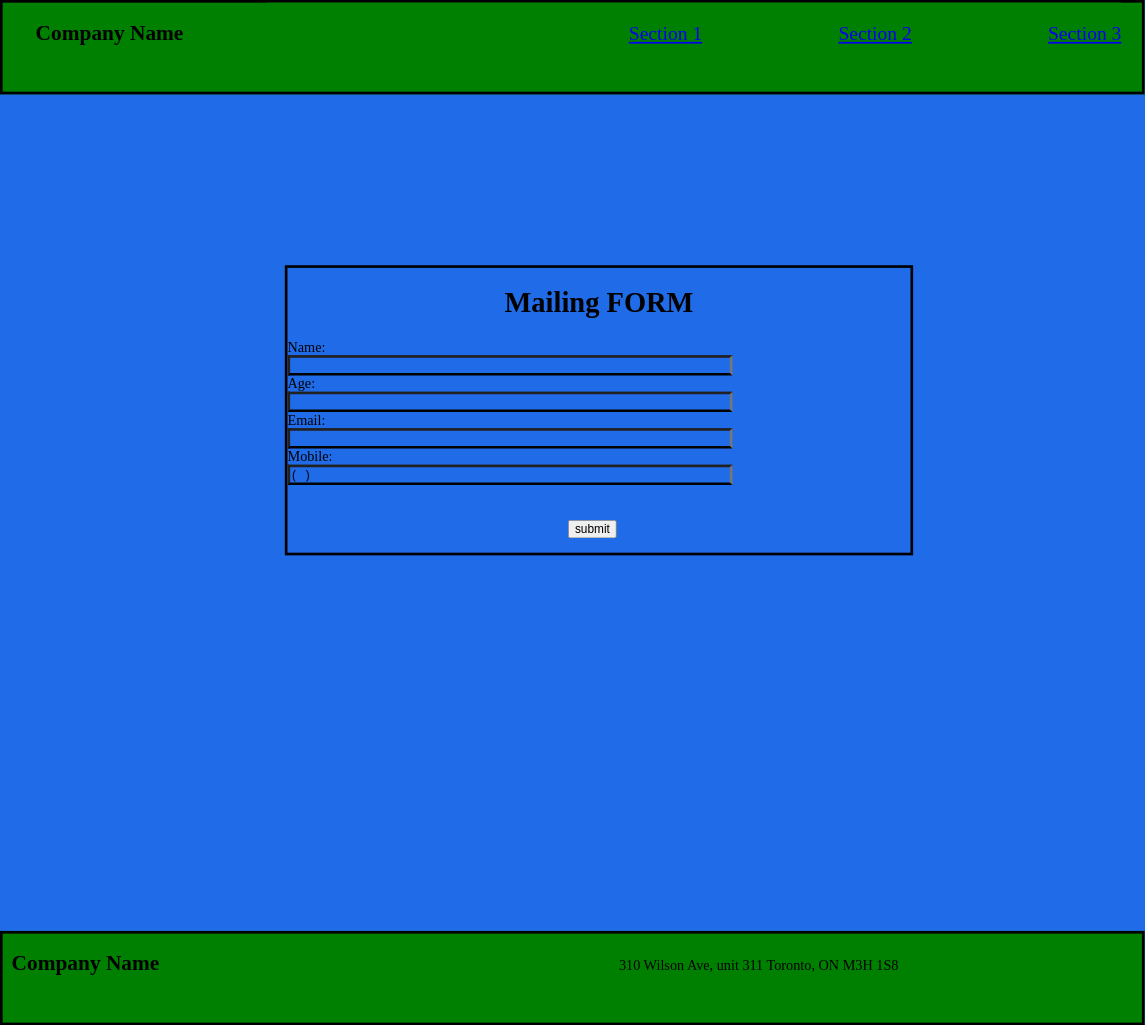
Repository: helloneibor/Project2
Page: section3.html
The author's editor kept a record of every edit. The page is drawn from the files as they stood at one moment, then again after the next edit.
The browser window is 1280 px wide. The page is 1286 px wide, so the pictures cover 1286 px, including what lies to the right of the window. The pictures show the whole page, at 89% of full size.

Above is the page before.

After the next edit:
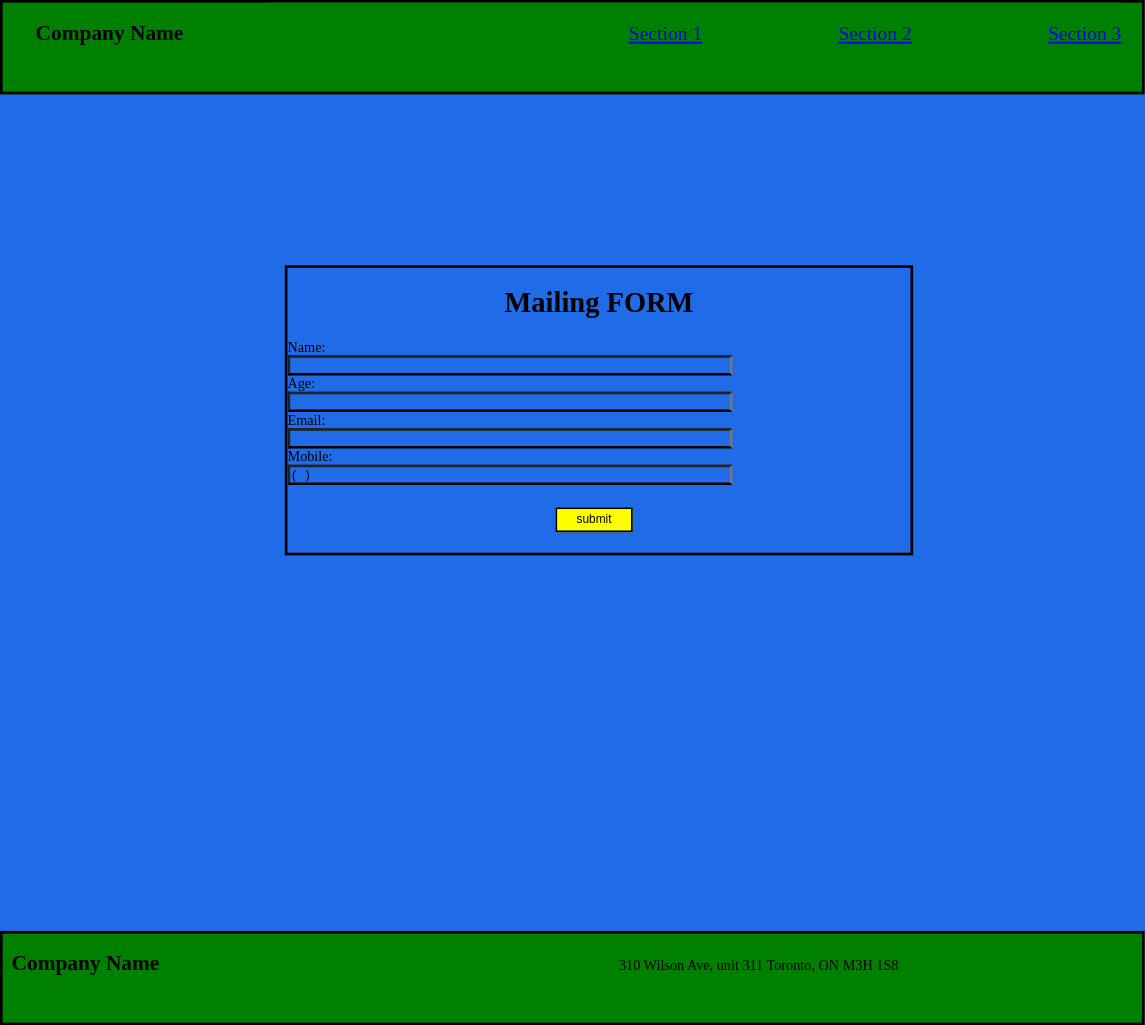
The edit:
--- a/css/main.css
+++ b/css/main.css
@@ -119,8 +119,12 @@
 }
 
 #submit_one {
-    margin-left: 45%;
-    margin-top: 3%;
-    background-color: yelow;
+    margin-left: 43%;
+    margin-top: 1%;
     color: black;
+    height: 28px;
+    width: 87px;
+    background-color: yellow;
+    border-style: solid;
+    border-color: black;
 }
